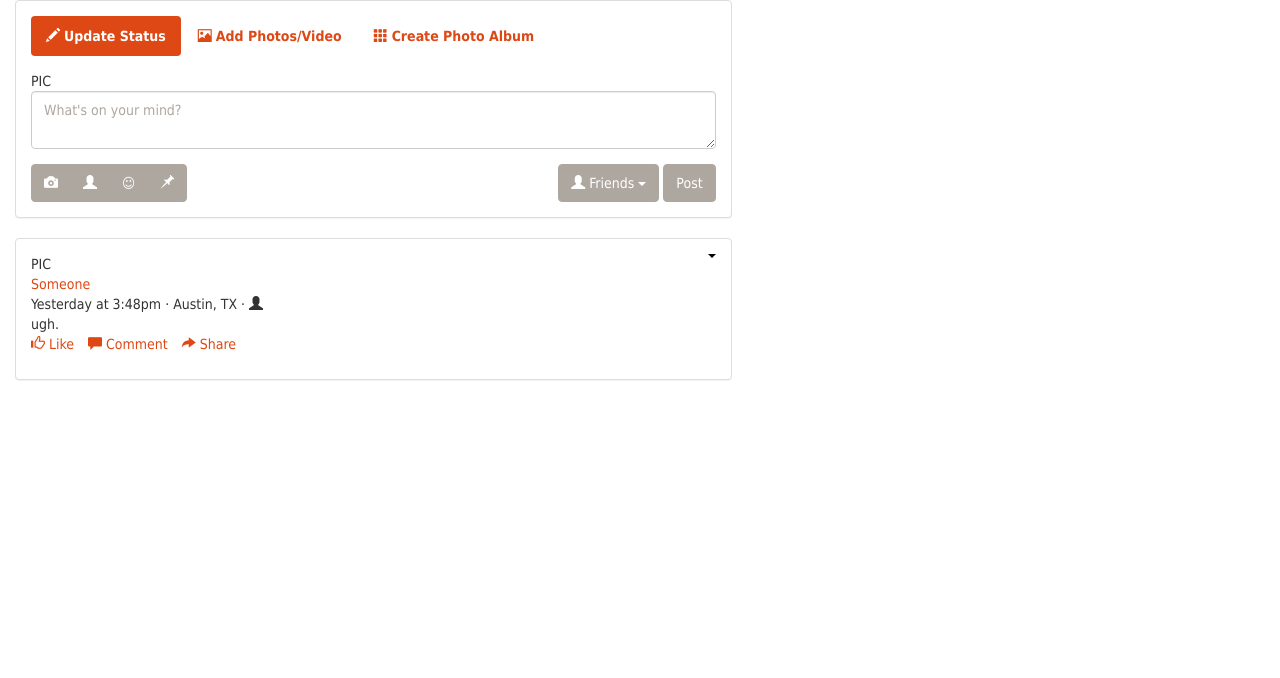
Repository: harshagithub19/news_feed
Page: fbapp3/src/main/webapp/statuscheck.html
These files come from the project's save history. The page is drawn as it stood at one moment and after the next save; the edit follows.
The browser window is 1280 px wide. The pictures show the whole page.
Some web fonts or font styles are not loaded; a fallback is used. Some web libraries are served in a nearby version.

Above is the page before, as saved 2017-03-02 04:31:40.

After the next save:
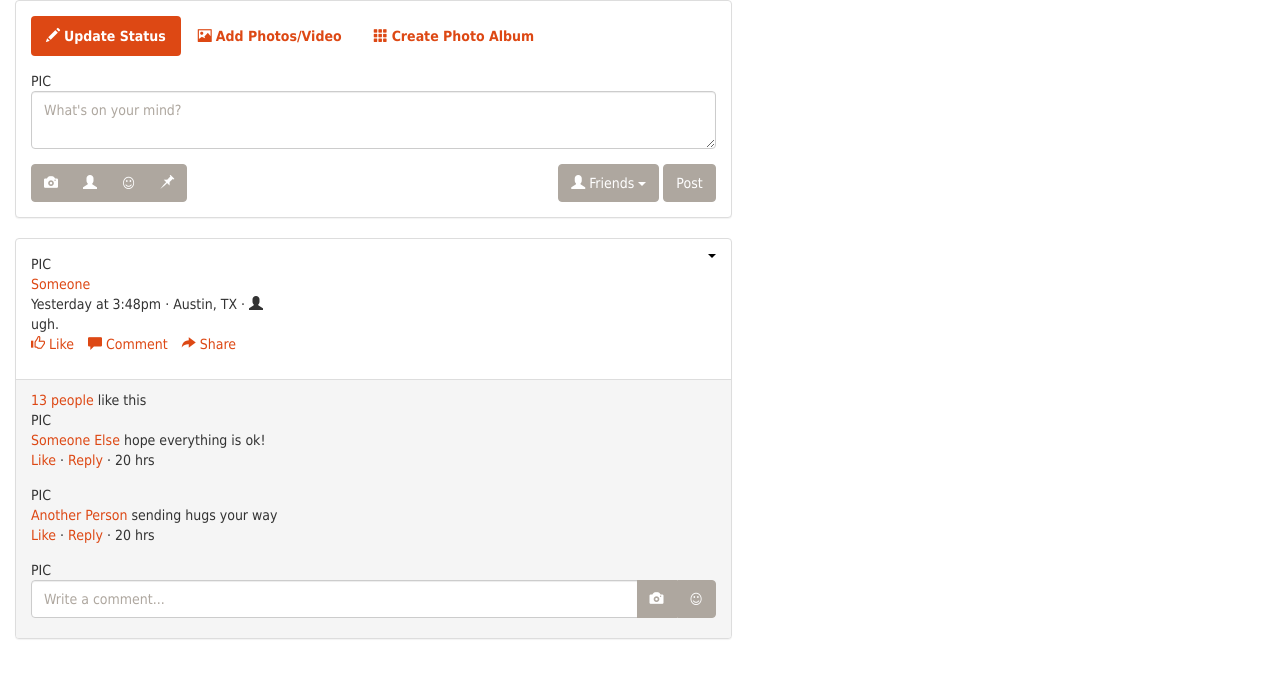
Saved 107 s later.
--- a/fbapp3/src/main/webapp/statuscheck.html
+++ b/fbapp3/src/main/webapp/statuscheck.html
@@ -127,6 +127,56 @@
 		  </div>
   </div>
  </div> <!--  div of panel body for status update 1 -->
+
+ <!-- panel body footer -->
+ <div class="panel-footer">
+  <div class="row">
+    <div class="col-md-12">
+      <a href="#">13 people</a> like this
+    </div>
+  </div>
+  <ul class="media-list">
+    <li class="media">
+      <div class="media-left media-top">
+        PIC
+      </div>
+      <div class="media-body">
+        <a href="#">Someone Else</a> hope everything is ok!
+        <br><a href="#">Like</a> · <a href="#">Reply</a> · 20 hrs
+      </div>
+    </li>
+    <li class="media">
+      <div class="media-left media-top">
+        PIC
+      </div>
+      <div class="media-body">
+        <a href="#">Another Person</a> sending hugs your way
+        <br><a href="#">Like</a> · <a href="#">Reply</a> · 20 hrs
+      </div>
+    </li>
+    <li class="media">
+      <div class="media-left media-top">
+        PIC
+      </div>
+      <div class="media-body">
+        <div class="input-group">
+          <input type="text" class="form-control" placeholder="Write a comment...">
+          <span class="input-group-btn">
+            <button class="btn btn-default" type="button">
+              <span class="glyphicon glyphicon-camera"></span>
+            </button>
+            <button class="btn btn-default" type="button">
+              ☺
+            </button>
+          </span>
+        </div>
+      </div>
+    </li>
+  </ul>
+</div>
+
+
+
 </div> <!--  div of panel default for status update 1 -->
 
 </div>
